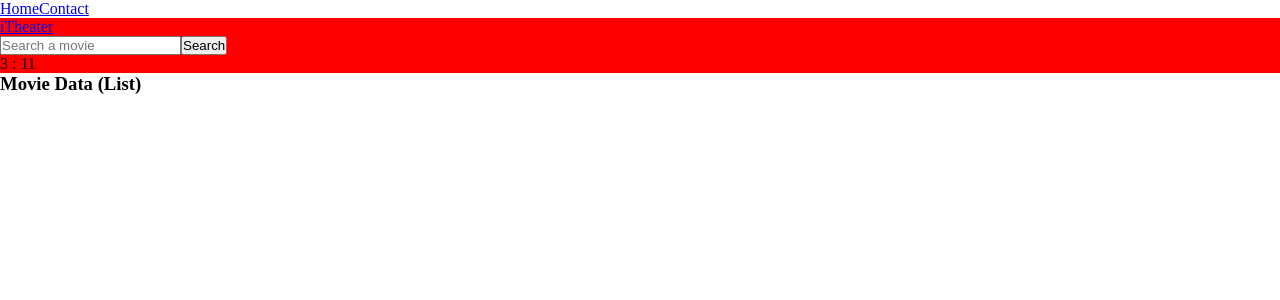
Repository: just-mann/itheater
Page: /
These files come from the project's save history. The page is drawn as it stood at one moment and after the next save; the edit follows.
The browser window is 1280 px wide. The pictures show the whole page.
The page's requests for data from a server got no answer. The project was rebuilt for these pictures with package versions that can differ from the ones it lists, and the page was loaded fresh each time. No one was signed in, and anything a server would have sent is missing. Also part of the build but not shown: src/components/Contact.js, src/components/MovieDetail.js.

Above is the page before, as saved 2021-07-16 03:27:11.

### public/index.html
<!DOCTYPE html>
<html lang="en">
  <head>
    <meta charset="utf-8" />
    <link rel="icon" href="%PUBLIC_URL%/favicon.ico" />
    <meta name="viewport" content="width=device-width, initial-scale=1" />
    <meta name="theme-color" content="#000000" />
    <meta
      name="description"
      content="Web site created using create-react-app"
    />
    <link rel="apple-touch-icon" href="%PUBLIC_URL%/logo192.png" />
    <!--
      manifest.json provides metadata used when your web app is installed on a
      user's mobile device or desktop. See https://developers.google.com/web/fundamentals/web-app-manifest/
    -->
    <link rel="manifest" href="%PUBLIC_URL%/manifest.json" />
    <!--
      Notice the use of %PUBLIC_URL% in the tags above.
      It will be replaced with the URL of the `public` folder during the build.
      Only files inside the `public` folder can be referenced from the HTML.

      Unlike "/favicon.ico" or "favicon.ico", "%PUBLIC_URL%/favicon.ico" will
      work correctly both with client-side routing and a non-root public URL.
      Learn how to configure a non-root public URL by running `npm run build`.
    -->
    <title>iTheater | Learn More About Your Favorite Movies / TV Shows</title>
  </head>
  <body>
    <noscript>You need to enable JavaScript to run this app.</noscript>
    <div id="root"></div>
    <!--
      This HTML file is a template.
      If you open it directly in the browser, you will see an empty page.

      You can add webfonts, meta tags, or analytics to this file.
      The build step will place the bundled scripts into the <body> tag.

      To begin the development, run `npm start` or `yarn start`.
      To create a production bundle, use `npm run build` or `yarn build`.
    -->
  </body>
</html>

### src/index.js
import React from 'react';
import ReactDOM from 'react-dom';
import './styles/style.css';
import App from './App';
import reportWebVitals from './reportWebVitals';

ReactDOM.render(
  <React.StrictMode>
    <App />
  </React.StrictMode>,
  document.getElementById('root')
);

// If you want to start measuring performance in your app, pass a function
// to log results (for example: reportWebVitals(console.log))
// or send to an analytics endpoint. Learn more: https://bit.ly/CRA-vitals
reportWebVitals();

### src/styles/style.css
* {
  padding: 0;
  margin: 0;
  box-sizing: border-box;
}

html {
  scroll-behavior: smooth;
}

.Header {
  background: red;
  width: 100%;
}/*# sourceMappingURL=style_20210716025908.css.map */

### src/App.js
import React from 'react';
import MovieContextProvider from './contexts/MovieContext';
import {BrowserRouter as Router, Switch, Route} from 'react-router-dom';
import Contact from './components/Contact';
import MovieDetail from './components/MovieDetail';
import ShowList from './components/ShowList';

const App = () => {
  return (
    <div className="App">
        <MovieContextProvider>
        <Router>
          <Switch>
            <Route exact path='/'>
              <ShowList />
            </Route>
            <Route exact path='/contact'>
              <Contact />
            </Route>
            <Route exact path='/:id'>
              <MovieDetail />
            </Route>
          </Switch>
        </Router>
        </MovieContextProvider>
    </div>
  );
}

export default App;

### src/contexts/MovieContext.js
import React, {useState, useEffect, createContext} from 'react';

export const movieContext = createContext();

const MovieContextProvider = (props) => {

    const [movie, setMovie] = useState('Smooth');

    // Data to be displayed...
    const [data, setData] = useState([])

    // Function to enter movie or show name
    const EnterShow = (show) => {
        setMovie(show);
    }

    useEffect(() => {
        fetch(`http://www.omdbapi.com/?s=${movie}&apikey=2c0bfe2d`)
            .then(res => res.json())
            .then(data => {
                setData(data.Search)
                console.log(data.Search)
            })
            .catch(err => console.log(err))
    }, [movie])

    return (
        <movieContext.Provider value={{movie, data, EnterShow}}>
            {data && props.children}
        </movieContext.Provider>
    )
}

export default MovieContextProvider;

### src/components/ShowList.js
import React, {useContext} from 'react';
import { movieContext } from '../contexts/MovieContext';
import Header from './Header';
import SideNav from './SideNav';


const ShowList = () => {

    const {data} = useContext(movieContext);

    // const [myData, setMyData] = useState({});

    return (
        <div className="ShowList">
            <SideNav />
            <div className="rightSide">
                <Header />
                <div>
                    <h3>Movie Data (List)</h3>
                    <div>
                        {data.map(myData => {
                            return(
                                <div key={myData.imdbID} className="showCard">
                                    <img src={myData.Poster} alt={myData.Title} />
                                    <div>
                                        <h3>{myData.Title}</h3>
                                    </div>
                                </div>
                            )
                        })}
                    </div>
                </div>
            </div>
        </div>
    )
}

export default ShowList;

### src/components/Header.js
import React from 'react';
import {Link} from 'react-router-dom';
import Search from './Search';

const Header = () => {
    return (
        <div className="Header">
            <Link className="my_Logo" to='/'>iTheater</Link>
            <Search />
            <div className="currTime">3 : 11</div>
        </div>
    )
}

export default Header;

### src/components/SideNav.js
import React from 'react';
import {Link} from 'react-router-dom';

const SideNav = () => {
    return (
        <div className="SideNav">
            <div className="links">
                <Link to='/'>Home</Link>
                <Link to="/contact">Contact</Link>
            </div>
        </div>
    )
}

export default SideNav;

### src/components/Search.js
import React, {useState, useContext} from 'react';
import { useHistory } from 'react-router';
import {movieContext} from '../contexts/MovieContext';

const Search = () => {

    const history = useHistory();

    const {EnterShow} = useContext(movieContext)

    const [newSearch, setNewSearch] = useState('');

    const handleChange = (e) => {
        setNewSearch(e.target.value);
    }

    // const reDirect = () => {
    //     let path = '/';
    //     let history = useHistory();
    //     history.push(path);
    // }

    const handleSubmit = (e) => {
        e.preventDefault();
        EnterShow(newSearch);
        setNewSearch('');
        history.push('/')
    }

    return (
        <div className="Search">
            <form onSubmit={handleSubmit}>
                <input type='search' value={newSearch} placeholder='Search a movie' onChange={handleChange}/>
                <button>Search</button>
            </form>
        </div>
    )
}

export default Search;

Loaded but not shown: src/reportWebVitals.js (common file)

After the next save:
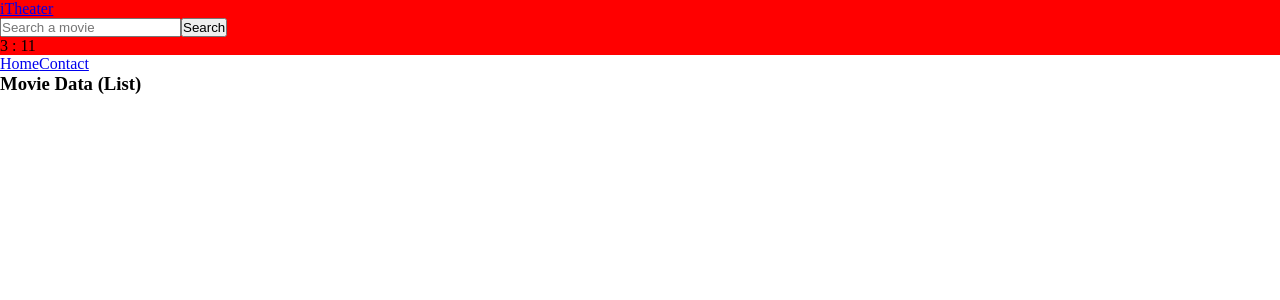
Saved 59 s later.
--- a/src/components/ShowList.js
+++ b/src/components/ShowList.js
@@ -12,9 +12,9 @@ const ShowList = () => {
 
     return (
         <div className="ShowList">
+            <Header />
             <SideNav />
             <div className="rightSide">
-                <Header />
                 <div>
                     <h3>Movie Data (List)</h3>
                     <div>
